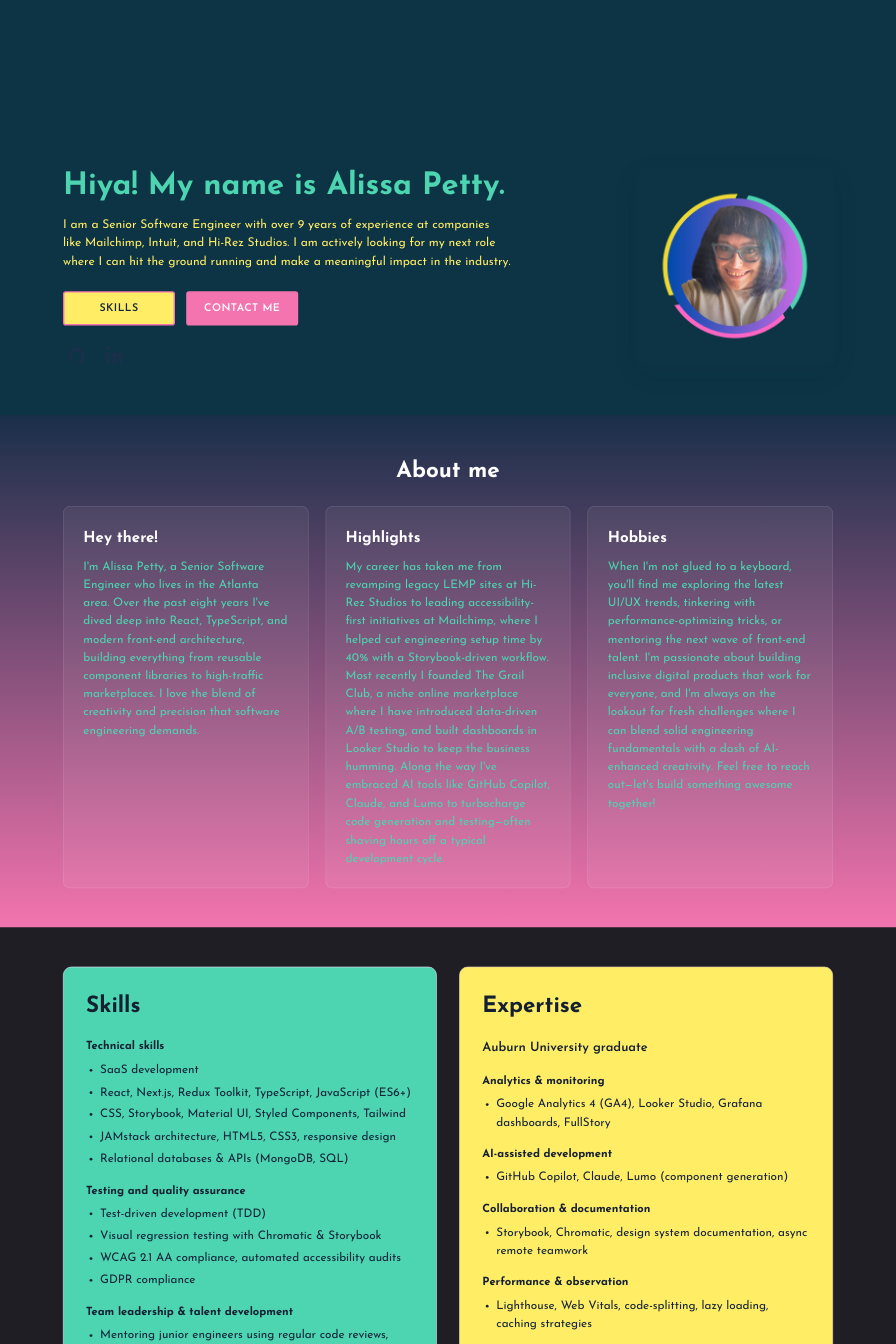
Repository: AlissaSPetty/alissa-petty-com
Page: /
An editor plug-in stored every save of this project. The page is shown before and after the next save, followed by the edit.
The browser window is 1280 px wide. The pictures show the part of the page from y = 0 to 1920 px (the page is 3726 px tall), at 70% of full size.
The project was rebuilt for these pictures with package versions that can differ from the ones it lists, and the page was loaded fresh each time. Also part of the build but not shown: vite.config.ts, src/legal.css, src/pages/LegalPage.tsx.

Above is the page before, as saved 2026-05-03 18:23:20.

### index.html
<!doctype html>
<html lang="en">
  <head>
    <meta charset="UTF-8" />
    <link rel="icon" type="image/svg+xml" href="/favicon.svg" />
    <meta name="viewport" content="width=device-width, initial-scale=1.0" />
    <meta
      name="description"
      content="Alissa Petty — Senior Software Engineer. React, TypeScript, and modern web development. Atlanta area."
    />
    <meta
      name="keywords"
      content="Software Engineer, Web Developer, React, JavaScript, CV, Alissa Petty, Atlanta"
    />
    <title>Alissa Petty — Senior Software Engineer</title>
  </head>
  <body>
    <div id="root"></div>
    <script type="module" src="/src/main.tsx"></script>
  </body>
</html>

### src/index.css
@import url("https://fonts.googleapis.com/css2?family=Josefin+Sans:ital,wght@0,300;0,400;0,500;0,600;0,700;1,400&display=swap");

:root {
  --font-body: "Josefin Sans", system-ui, sans-serif;
  --bg: #1e1e24;
  --bg-muted: #4dd4b0;
  --white: #ffffff;
  --navy: #1a2f4a;
  --navy-deep: #14243a;
  --primary: #f374ae;
  --primary-hover: #355a92;
  --accent-footer: #ffed66;
  --footer-text: #1e1e24;
  --yellow: #ffed66;
  --heading: #142032;
  --text: #3d4a5c;
  --text-on-dark: #4dd4b0;
  --link: #4dd4b0;
  --border: #d5deeb;
  --shadow: 0 12px 40px rgba(20, 36, 58, 0.08);
}

*,
*::before,
*::after {
  box-sizing: border-box;
}

html {
  scroll-behavior: smooth;
}

body {
  margin: 0;
  font-family: var(--font-body);
  font-size: 1.05rem;
  line-height: 1.55;
  color: var(--text-on-dark);
  background: var(--bg);
  color: var(--text-on-dark);
}

#root {
  min-height: 100vh;
}

.visually-hidden {
  position: absolute;
  width: 1px;
  height: 1px;
  padding: 0;
  margin: -1px;
  overflow: hidden;
  clip: rect(0, 0, 0, 0);
  white-space: nowrap;
  border: 0;
}

.skip-link {
  position: absolute;
  left: -9999px;
  top: 0.75rem;
  z-index: 100;
  padding: 0.5rem 1rem;
  background: var(--navy);
  color: var(--text-on-dark);
  font-weight: 600;
  text-decoration: none;
  border-radius: 4px;
}

.skip-link:focus {
  left: 0.75rem;
}

a {
  color: var(--link);
}

.container {
  width: min(1100px, 100% - 2rem);
  margin-inline: auto;
}

/* Hero */
.hero {
  background: #0c3444;
  padding: 15rem 0 4rem;
  @media (max-width: 1200px) {
    padding: 5rem 0 4rem;
  }
}

.hero-inner {
  width: min(1100px, 100% - 2rem);
  margin-inline: auto;
  display: flex;
  flex-wrap: wrap;
  align-items: center;
  gap: 2.5rem;
  justify-content: space-between;
}

.hero-copy {
  flex: 1 1 320px;
  max-width: 640px;
}

.hero-copy h1 {
  margin: 0 0 1rem;
  font-size: clamp(1.85rem, 4vw, 2.75rem);
  font-weight: 700;
  color: (--text-on-dark);
  line-height: 1.15;
}

.lead {
  margin: 0 0 1.75rem;
  font-size: 1.08rem;
  color: var(--yellow);
}

.hero-actions {
  display: flex;
  flex-wrap: wrap;
  gap: 1rem;
  margin-bottom: 1.5rem;
}

.btn {
  display: inline-flex;
  align-items: center;
  justify-content: center;
  min-width: 10rem;
  padding: 0.65rem 1.35rem;
  font-family: inherit;
  font-size: 0.95rem;
  font-weight: 600;
  letter-spacing: 0.04em;
  text-transform: uppercase;
  text-decoration: none;
  border-radius: 4px;
  border: 2px solid transparent;
  cursor: pointer;
  transition:
    background 0.2s,
    color 0.2s,
    border-color 0.2s;
}

.btn:focus-visible {
  outline: 3px solid #f4d35e;
  outline-offset: 2px;
}

.btn-primary {
  background: var(--primary);
  color: #fff;
  border-color: var(--primary);
}

.btn-primary:hover {
  background: var(--primary-hover);
  border-color: var(--primary-hover);
}

.btn-outline {
  background: var(--accent-footer);
  color: var(--navy-deep);
  border-color: var(--primary);
}

.btn-outline:hover {
  background: rgba(42, 74, 122, 0.08);
}

.btn-block {
  width: 100%;
  min-width: unset;
}

.hero-social {
  display: flex;
  gap: 1rem;
}

.hero-social a {
  display: flex;
  color: var(--navy);
  padding: 0.35rem;
  border-radius: 6px;
}

.hero-social a:hover {
  background: rgba(26, 47, 74, 0.08);
}

.social-svg {
  width: 28px;
  height: 28px;
}

.hero-photo {
  margin: 0;
  flex: 0 1 280px;
  text-align: center;
}

.hero-photo img {
  width: min(50vw, 280px);
  max-width: 100%;
  height: auto;
  border-radius: 12px;
  box-shadow: var(--shadow);
  object-fit: cover;
  aspect-ratio: 1;
}

@media (max-width: 768px) {
  .hero-inner {
    flex-direction: column-reverse;
    text-align: center;
  }

  .hero-actions {
    justify-content: center;
  }

  .hero-social {
    justify-content: center;
  }

  .btn {
    width: 100%;
    min-width: unset;
  }
}

/* Sections */
.section {
  padding: 3.5rem 0;
}

.section--dark {
  background: linear-gradient(180deg, var(--navy) 0%, var(--primary) 100%);
  color: var(--text-on-dark);
}

.section--muted {
  background: linear-gradient(180deg, var(--navy) 0%, var(--primary) 100%);
  color: var(--text-on-dark);
}

.section--skills {
  background: var(--bg);
  color: var(--text-on-dark);
}

.section--cta {
  background: var(--bg);
  color: var(--text-on-dark);
}

.section-title {
  margin: 0 0 1.5rem;
  font-size: clamp(1.5rem, 3vw, 2rem);
  font-weight: 700;
  text-align: center;
  color: var(--heading);
}

.section-title--on-dark,
.section-title--on-primary {
  color: #fff;
}

.about-grid {
  display: grid;
  grid-template-columns: repeat(3, 1fr);
  gap: 1.5rem;
}

@media (max-width: 900px) {
  .about-grid {
    grid-template-columns: 1fr;
  }
}

.card {
  background: var(--white);
  border-radius: 10px;
  padding: 1.75rem;
  box-shadow: var(--shadow);
}

.card--about {
  background: rgba(255, 255, 255, 0.06);
  border: 1px solid rgba(255, 255, 255, 0.12);
  color: var(--text-on-dark);
  box-shadow: none;
}

.card--about h3 {
  margin: 0 0 0.75rem;
  font-size: 1.35rem;
  color: #fff;
}

.card--about p {
  margin: 0;
}

.skills-layout {
  display: grid;
  grid-template-columns: 1fr 1fr;
  gap: 2rem;
  align-items: start;
}

@media (max-width: 900px) {
  .skills-layout {
    grid-template-columns: 1fr;
  }
}

.skills-panel {
  background: var(--bg-muted);
  border: 1px solid var(--border);
  border-radius: 12px;
  padding: 2rem;
  color: var(--navy-deep);
}

.skills-panel--accent {
  background: var(--yellow);
  border-color: #e8d9a8;
}

.skills-panel h2 {
  text-align: left;
  margin-bottom: 1.25rem;
}

.skills-panel h4 {
  margin: 1.25rem 0 0.5rem;
  font-size: 1rem;
  font-weight: 700;
  color: var(--heading);
  text-transform: none;
}

.skills-panel ul {
  margin: 0;
  padding-left: 1.25rem;
}

.skills-panel li {
  margin-bottom: 0.35rem;
}

.degree {
  margin: 0 0 1rem;
  font-size: 1.15rem;
  font-weight: 600;
  color: var(--heading);
}

.work-grid {
  display: grid;
  grid-template-columns: repeat(3, 1fr);
  gap: 1.25rem;
}

@media (max-width: 900px) {
  .work-grid {
    grid-template-columns: 1fr;
  }
}

.work-grid figure {
  margin: 0;
  background: var(--white);
  border-radius: 10px;
  overflow: hidden;
  border: 1px solid var(--border);
  box-shadow: var(--shadow);
}

.work-grid img {
  display: block;
  width: 100%;
  height: auto;
  aspect-ratio: 16 / 9;
  object-fit: cover;
}

.work-grid figcaption {
  padding: 0.85rem 1rem;
  font-weight: 600;
  text-align: center;
  color: var(--heading);
  font-size: 0.95rem;
}

#work-heading {
  color: var(--text-on-dark);
}

.pub-grid {
  display: grid;
  grid-template-columns: 1fr 1fr;
  gap: 2rem;
}

@media (max-width: 768px) {
  .pub-grid {
    grid-template-columns: 1fr;
  }
}

.pub-card {
  background: var(--white);
  border-radius: 12px;
  padding: 2rem;
  border: 1px solid var(--border);
  text-align: center;
  box-shadow: var(--shadow);
}

.pub-card h3 {
  margin: 0 0 1rem;
  font-size: 1.15rem;
  font-weight: 600;
  color: var(--heading);
  line-height: 1.35;
}

.pub-logo {
  display: block;
  margin: 0 auto 1.25rem;
  max-width: 100%;
  height: auto;
}

.cta-lead {
  text-align: center;
  max-width: 640px;
  margin: 0 auto 2.5rem;
  font-size: 1.05rem;
  opacity: 0.95;
}

.services-grid {
  display: grid;
  grid-template-columns: repeat(3, 1fr);
  gap: 1.5rem;
}

@media (max-width: 900px) {
  .services-grid {
    grid-template-columns: 1fr;
  }
}

.card--service {
  background: rgba(255, 255, 255, 0.08);
  border: 1px solid rgba(255, 255, 255, 0.2);
  color: var(--text-on-dark);
  box-shadow: none;
}

.card--service h3 {
  margin: 0 0 0.75rem;
  color: #fff;
  font-size: 1.25rem;
}

.card--service p {
  margin: 0;
}

/* Footer */
.site-footer {
  background: var(--accent-footer);
  color: var(--footer-text);
  padding: 3rem 0;
  text-align: center;
}

.footer-inner {
  display: flex;
  flex-direction: column;
  align-items: center;
  gap: 1rem;
}

.footer-name {
  margin: 0;
  font-size: clamp(1.75rem, 4vw, 2.5rem);
  font-weight: 700;
  color: var(--footer-text);
}

.footer-social {
  display: flex;
  gap: 1rem;
}

.footer-social a {
  color: var(--footer-text);
  padding: 0.35rem;
  border-radius: 6px;
}

.footer-social a:hover {
  background: rgba(26, 35, 50, 0.1);
}

.social-svg--footer {
  width: 32px;
  height: 32px;
}

.footer-copy,
.footer-legal {
  margin: 0;
  font-size: 0.95rem;
}

.footer-legal a {
  color: var(--footer-text);
  font-weight: 600;
  text-decoration: none;
}

.footer-legal a:hover {
  text-decoration: underline;
}

### src/App.tsx
import { Route, Routes } from 'react-router-dom'
import { Home } from './pages/Home'
import { LegalPage } from './pages/LegalPage'

export default function App() {
  return (
    <Routes>
      <Route path="/" element={<Home />} />
      <Route
        path="/privacy"
        element={
          <LegalPage title="Privacy policy">
            <p>
              This is a placeholder privacy policy for the rebuilt portfolio site.
              Replace this text with your real policy before publishing.
            </p>
            <p>
              If you have questions, contact{' '}
              <a href="mailto:alissa@petty.io">alissa@petty.io</a>.
            </p>
          </LegalPage>
        }
      />
      <Route
        path="/legal-notice"
        element={
          <LegalPage title="Legal notice">
            <p>
              This is a placeholder legal notice / imprint for the rebuilt portfolio
              site. Replace with jurisdiction-appropriate legal text before publishing.
            </p>
            <p>
              Contact: <a href="mailto:alissa@petty.io">alissa@petty.io</a>
            </p>
          </LegalPage>
        }
      />
    </Routes>
  )
}

### src/components/Icons.tsx
export function IconGitHub({ className }: { className?: string }) {
  return (
    <svg
      className={className}
      xmlns="http://www.w3.org/2000/svg"
      viewBox="0 0 24 24"
      aria-hidden
      focusable="false"
    >
      <path
        fill="currentColor"
        d="M12 2C6.48 2 2 6.58 2 12.26c0 4.52 2.87 8.35 6.84 9.69.5.1.68-.22.68-.48 0-.24-.01-.87-.01-1.7-2.78.62-3.37-1.37-3.37-1.37-.45-1.18-1.1-1.5-1.1-1.5-.9-.63.07-.62.07-.62 1 .07 1.53 1.05 1.53 1.05.89 1.56 2.34 1.11 2.91.85.09-.67.35-1.11.63-1.37-2.22-.26-4.56-1.14-4.56-5.07 0-1.12.39-2.03 1.03-2.75-.1-.26-.45-1.3.1-2.71 0 0 .84-.28 2.75 1.05A9.38 9.38 0 0 1 12 6.84c.85.004 1.71.12 2.51.35 1.91-1.33 2.75-1.05 2.75-1.05.55 1.41.2 2.45.1 2.71.64.72 1.03 1.63 1.03 2.75 0 3.94-2.34 4.81-4.57 5.06.36.32.68.94.68 1.9 0 1.37-.01 2.47-.01 2.8 0 .27.18.59.69.48A10.01 10.01 0 0 0 22 12.26C22 6.58 17.52 2 12 2Z"
      />
    </svg>
  )
}

export function IconLinkedIn({ className }: { className?: string }) {
  return (
    <svg
      className={className}
      xmlns="http://www.w3.org/2000/svg"
      viewBox="0 0 24 24"
      aria-hidden
      focusable="false"
    >
      <path
        fill="currentColor"
        d="M4.98 3.5C4.98 4.88 3.86 6 2.5 6S0 4.88 0 3.5 1.12 1 2.5 1s2.48 1.12 2.48 2.5ZM.5 8h4V23H.5V8Zm7.5 0h3.84v2.05h.05c.53-1 1.84-2.05 3.79-2.05 4.05 0 4.8 2.67 4.8 6.13V23h-4v-6.35c0-1.52-.03-3.48-2.12-3.48-2.12 0-2.44 1.65-2.44 3.36V23h-4V8Z"
      />
    </svg>
  )
}

Loaded but not shown: src/main.tsx (common file); src/pages/Home.tsx (308 lines, source omitted)

After the next save:
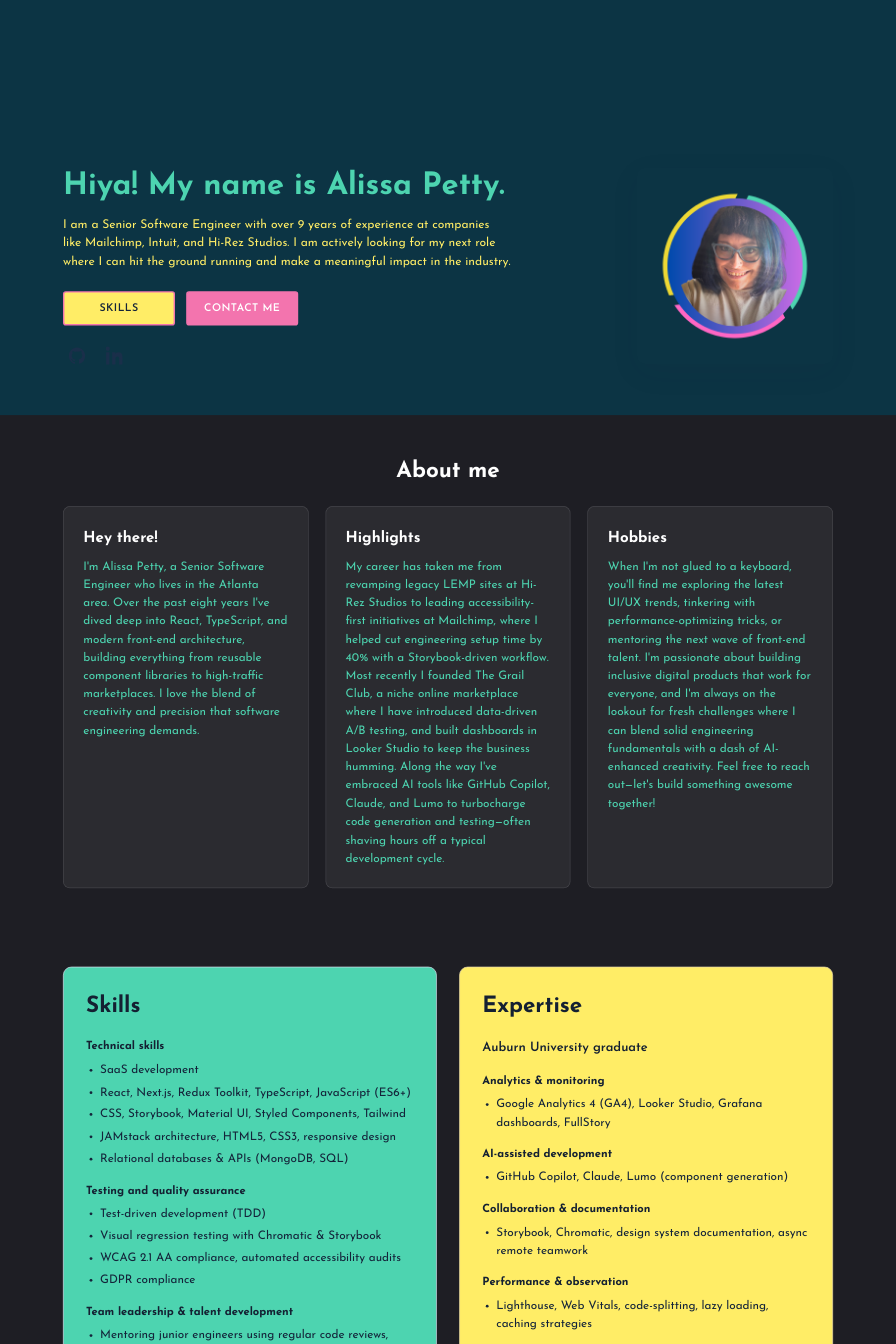
Saved 77 s later.
--- a/src/index.css
+++ b/src/index.css
@@ -242,7 +242,7 @@
 }
 
 .section--dark {
-  background: linear-gradient(180deg, var(--navy) 0%, var(--primary) 100%);
+  background: linear-gradient(180deg, var(#0c3444) 0%, var(--primary) 100%);
   color: var(--text-on-dark);
 }
 

After the save that followed:
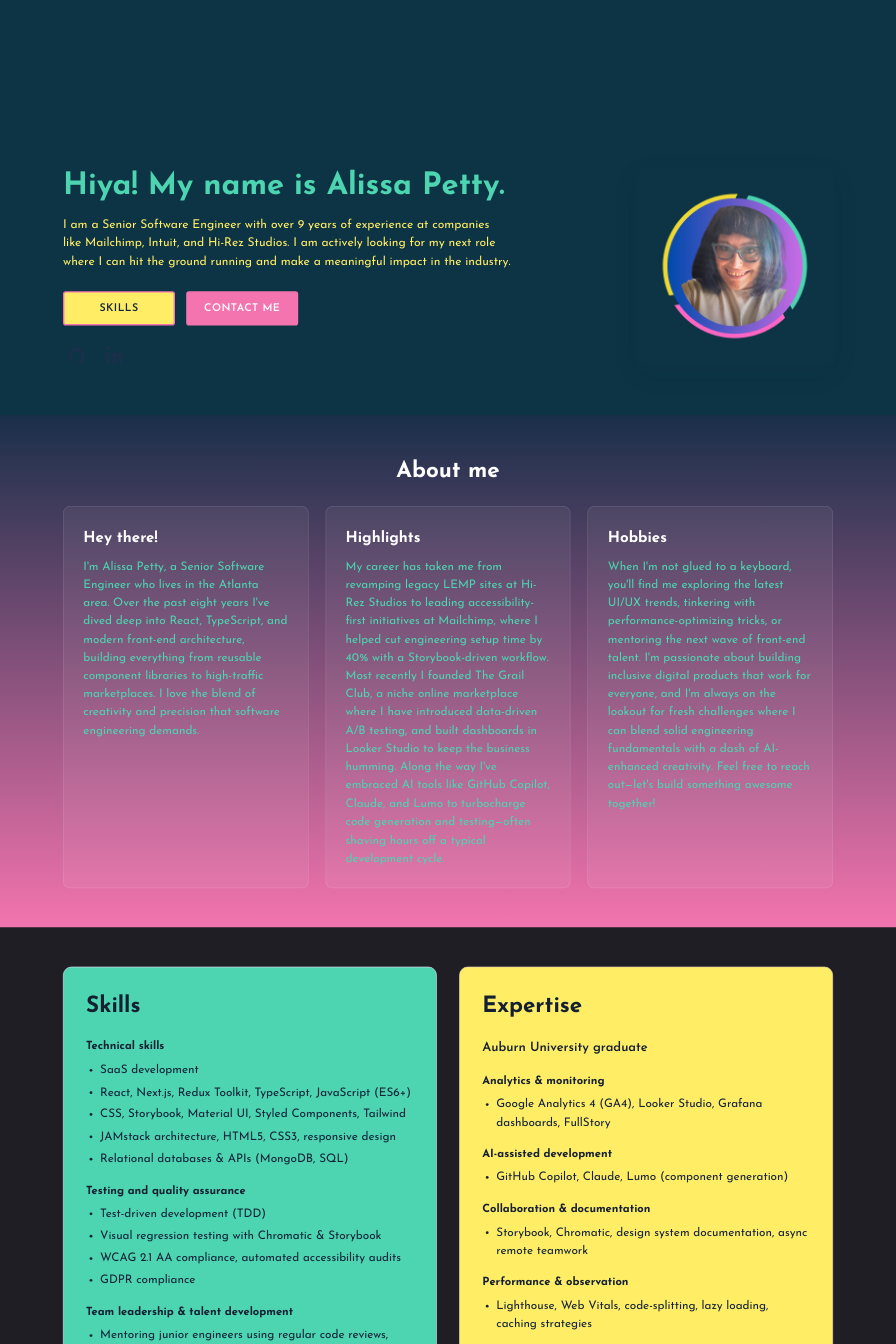
Saved 18 s later.
--- a/src/index.css
+++ b/src/index.css
@@ -242,7 +242,7 @@
 }
 
 .section--dark {
-  background: linear-gradient(180deg, var(#0c3444) 0%, var(--primary) 100%);
+  background: linear-gradient(180deg, var(--navy) 0%, var(--primary) 100%);
   color: var(--text-on-dark);
 }
 
